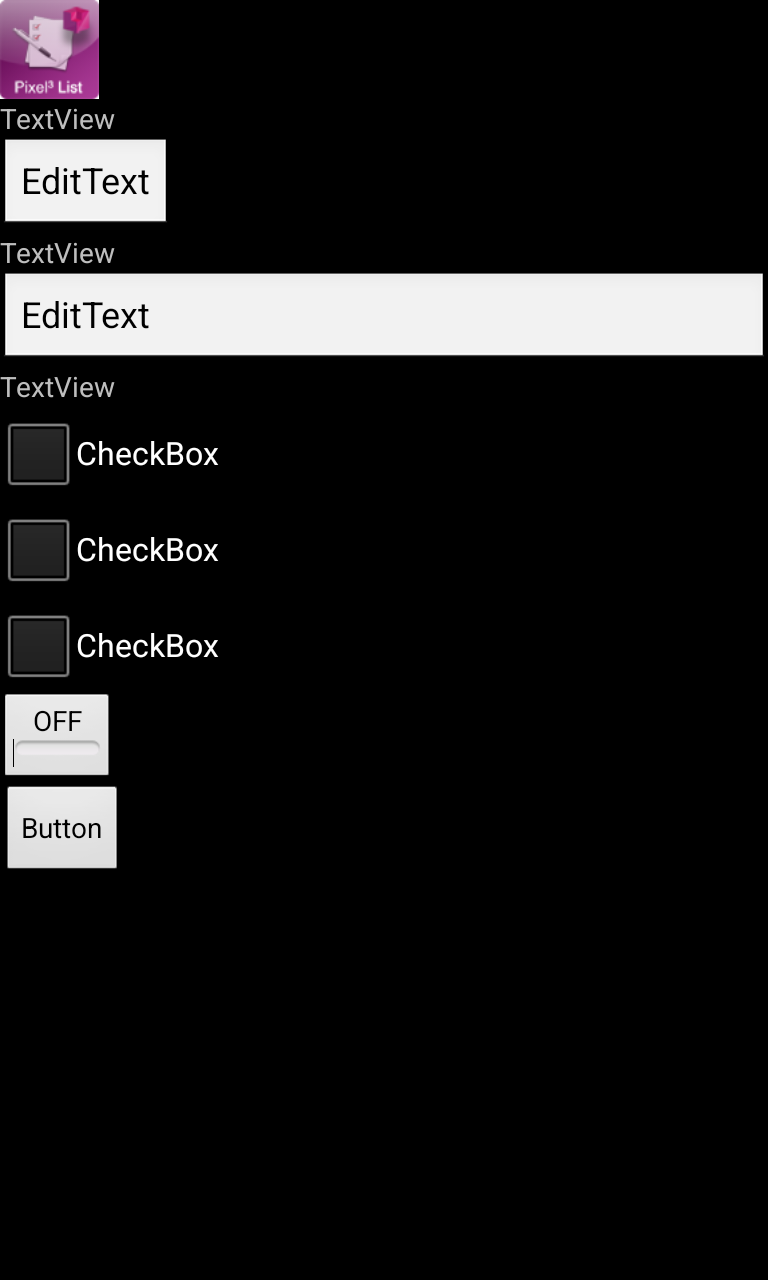
Repository: pixel3mobi/listaDigital
Layout: Pixel3List/res/layout/formaluno.xml
These files come from the project's save history. The layout is drawn as it stood at one moment and after the next save; the edit follows.
It is drawn on a 768 x 1280 px phone screen (xhdpi) without system bars, with theme android:Theme; the app's code is not run.

Above is the layout before, as saved 2011-03-22 12:30:19.

### Pixel3List/res/layout/formaluno.xml
<?xml version="1.0" encoding="utf-8"?>
<RelativeLayout
  xmlns:android="http://schemas.android.com/apk/res/android"
  android:layout_width="fill_parent"
  android:layout_height="fill_parent">
    <ImageView android:src="@drawable/icon" android:id="@+id/imageView1" android:layout_width="wrap_content" android:layout_height="wrap_content" android:layout_alignParentLeft="true"></ImageView>
    <ScrollView android:layout_below="@+id/imageView1" android:layout_width="fill_parent" android:layout_height="fill_parent" android:layout_alignLeft="@+id/imageView1">
	    <LinearLayout android:orientation="vertical"  android:id="@+id/linearLayout1" android:layout_width="fill_parent" android:layout_height="fill_parent">
	        <TextView android:text="TextView" android:id="@+id/textView1" android:layout_width="wrap_content" android:layout_height="wrap_content"></TextView>
	        <EditText android:layout_height="wrap_content" android:text="EditText" android:id="@+id/editText1" android:layout_width="wrap_content"></EditText>
	        <TextView android:text="TextView" android:id="@+id/textView2" android:layout_width="wrap_content" android:layout_height="wrap_content"></TextView>
	        <EditText android:layout_height="wrap_content" android:text="EditText" android:id="@+id/editText2" android:layout_width="fill_parent"></EditText>
	        <TextView android:text="TextView" android:id="@+id/textView3" android:layout_width="wrap_content" android:layout_height="wrap_content"></TextView>
	        <CheckBox android:text="CheckBox" android:id="@+id/checkBox1" android:layout_width="wrap_content" android:layout_height="wrap_content"></CheckBox>
	        <CheckBox android:text="CheckBox" android:id="@+id/checkBox2" android:layout_width="wrap_content" android:layout_height="wrap_content"></CheckBox>
	        <CheckBox android:text="CheckBox" android:id="@+id/checkBox3" android:layout_width="wrap_content" android:layout_height="wrap_content"></CheckBox>
	        <ToggleButton android:text="ToggleButton" android:id="@+id/toggleButton1" android:layout_width="wrap_content" android:layout_height="wrap_content"></ToggleButton>
	        <Button android:text="Button" android:id="@+id/button1" android:layout_width="wrap_content" android:layout_height="wrap_content"></Button>
	    </LinearLayout>
    </ScrollView>
</RelativeLayout>

After the next save:
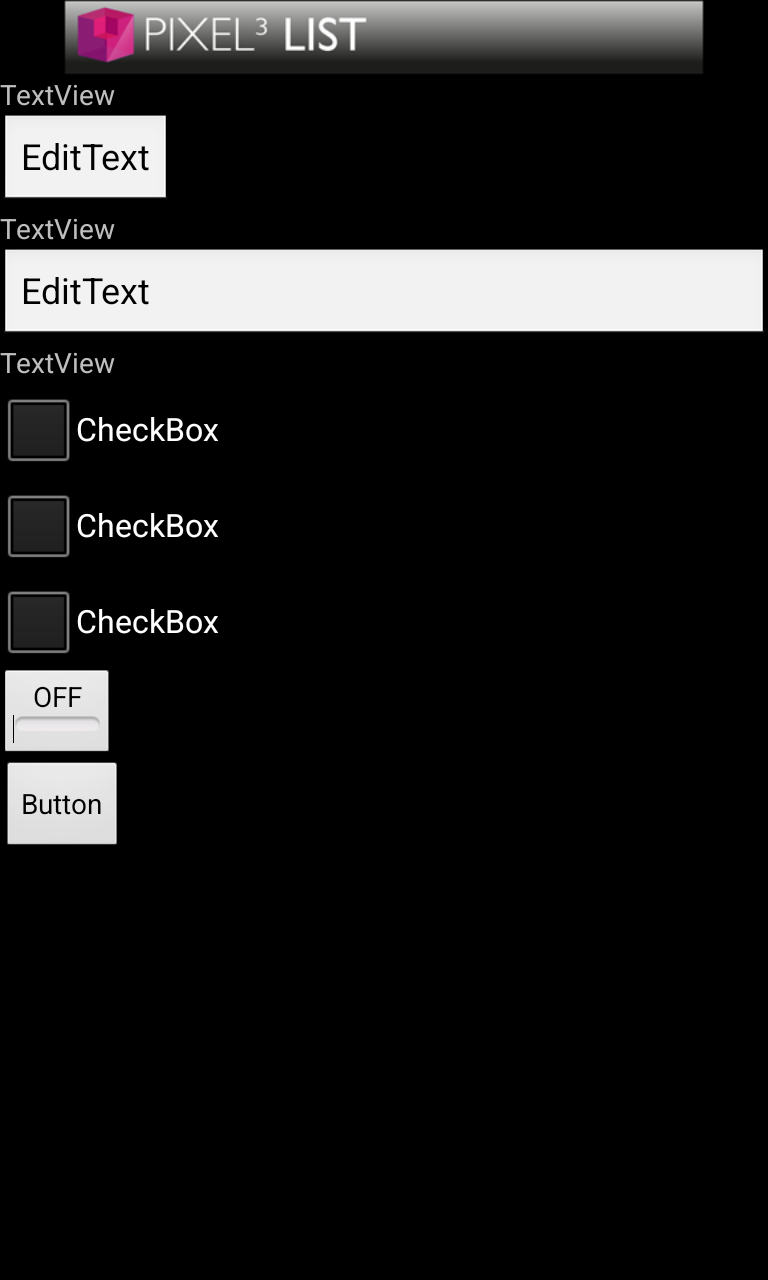
Saved 4 min 36 s later.
--- a/Pixel3List/res/layout/formaluno.xml
+++ b/Pixel3List/res/layout/formaluno.xml
@@ -1,21 +1,53 @@
 <?xml version="1.0" encoding="utf-8"?>
-<RelativeLayout
-  xmlns:android="http://schemas.android.com/apk/res/android"
-  android:layout_width="fill_parent"
-  android:layout_height="fill_parent">
-    <ImageView android:src="@drawable/icon" android:id="@+id/imageView1" android:layout_width="wrap_content" android:layout_height="wrap_content" android:layout_alignParentLeft="true"></ImageView>
-    <ScrollView android:layout_below="@+id/imageView1" android:layout_width="fill_parent" android:layout_height="fill_parent" android:layout_alignLeft="@+id/imageView1">
-	    <LinearLayout android:orientation="vertical"  android:id="@+id/linearLayout1" android:layout_width="fill_parent" android:layout_height="fill_parent">
-	        <TextView android:text="TextView" android:id="@+id/textView1" android:layout_width="wrap_content" android:layout_height="wrap_content"></TextView>
-	        <EditText android:layout_height="wrap_content" android:text="EditText" android:id="@+id/editText1" android:layout_width="wrap_content"></EditText>
-	        <TextView android:text="TextView" android:id="@+id/textView2" android:layout_width="wrap_content" android:layout_height="wrap_content"></TextView>
-	        <EditText android:layout_height="wrap_content" android:text="EditText" android:id="@+id/editText2" android:layout_width="fill_parent"></EditText>
-	        <TextView android:text="TextView" android:id="@+id/textView3" android:layout_width="wrap_content" android:layout_height="wrap_content"></TextView>
-	        <CheckBox android:text="CheckBox" android:id="@+id/checkBox1" android:layout_width="wrap_content" android:layout_height="wrap_content"></CheckBox>
-	        <CheckBox android:text="CheckBox" android:id="@+id/checkBox2" android:layout_width="wrap_content" android:layout_height="wrap_content"></CheckBox>
-	        <CheckBox android:text="CheckBox" android:id="@+id/checkBox3" android:layout_width="wrap_content" android:layout_height="wrap_content"></CheckBox>
-	        <ToggleButton android:text="ToggleButton" android:id="@+id/toggleButton1" android:layout_width="wrap_content" android:layout_height="wrap_content"></ToggleButton>
-	        <Button android:text="Button" android:id="@+id/button1" android:layout_width="wrap_content" android:layout_height="wrap_content"></Button>
-	    </LinearLayout>
-    </ScrollView>
+<RelativeLayout xmlns:android="http://schemas.android.com/apk/res/android"
+	android:layout_width="fill_parent" android:layout_height="fill_parent">
+	<ImageView
+		android:src="@drawable/cabecalho"
+		android:id="@+id/cabecalho"
+		android:layout_width="fill_parent"
+		android:layout_height="wrap_content"
+		android:layout_alignParentLeft="true">
+	</ImageView>
+	<ScrollView
+		android:layout_below="@+id/cabecalho"
+		android:layout_width="fill_parent"
+		android:layout_height="fill_parent"
+		android:layout_alignLeft="@+id/imageView1">
+		<LinearLayout
+			android:orientation="vertical"
+			android:id="@+id/linearLayout1"
+			android:layout_width="fill_parent"
+			android:layout_height="fill_parent">
+			<TextView android:text="TextView" android:id="@+id/textView1"
+				android:layout_width="wrap_content" android:layout_height="wrap_content">
+			</TextView>
+			<EditText android:layout_height="wrap_content" android:text="EditText"
+				android:id="@+id/editText1" android:layout_width="wrap_content">
+			</EditText>
+			<TextView android:text="TextView" android:id="@+id/textView2"
+				android:layout_width="wrap_content" android:layout_height="wrap_content">
+			</TextView>
+			<EditText android:layout_height="wrap_content" android:text="EditText"
+				android:id="@+id/editText2" android:layout_width="fill_parent">
+			</EditText>
+			<TextView android:text="TextView" android:id="@+id/textView3"
+				android:layout_width="wrap_content" android:layout_height="wrap_content">
+			</TextView>
+			<CheckBox android:text="CheckBox" android:id="@+id/checkBox1"
+				android:layout_width="wrap_content" android:layout_height="wrap_content">
+			</CheckBox>
+			<CheckBox android:text="CheckBox" android:id="@+id/checkBox2"
+				android:layout_width="wrap_content" android:layout_height="wrap_content">
+			</CheckBox>
+			<CheckBox android:text="CheckBox" android:id="@+id/checkBox3"
+				android:layout_width="wrap_content" android:layout_height="wrap_content">
+			</CheckBox>
+			<ToggleButton android:text="ToggleButton" android:id="@+id/toggleButton1"
+				android:layout_width="wrap_content" android:layout_height="wrap_content">
+			</ToggleButton>
+			<Button android:text="Button" android:id="@+id/button1"
+				android:layout_width="wrap_content" android:layout_height="wrap_content">
+			</Button>
+		</LinearLayout>
+	</ScrollView>
 </RelativeLayout>
